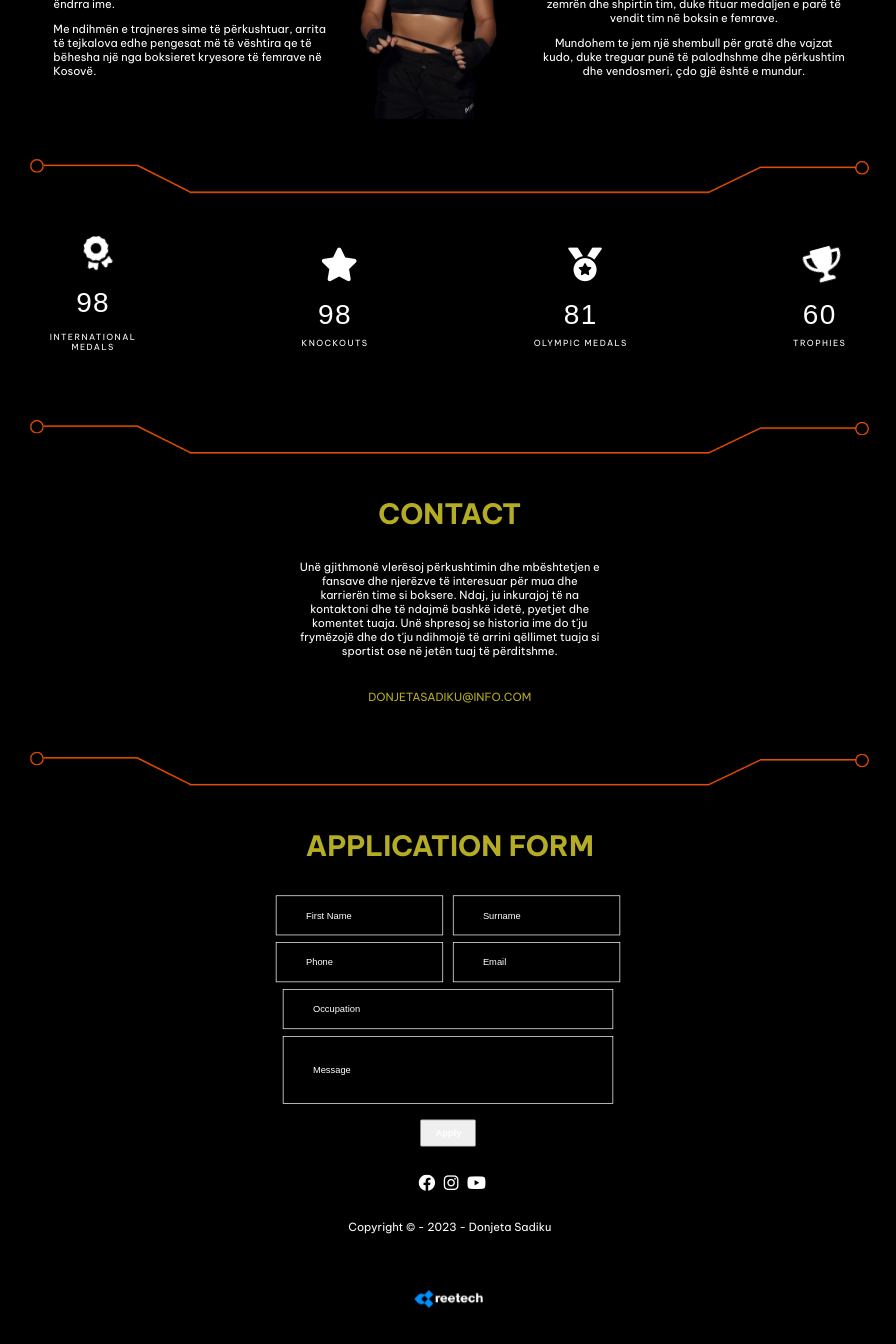
Repository: milot-morina/ds-boxing
Page: DS-Portfolio/index.html
An editor plug-in stored every save of this project. The page is shown before and after the next save, followed by the edit.
The browser window is 1280 px wide. The pictures show the part of the page from y = 2423 to 4343 px (the page is 4343 px tall before and 4311 px after), at 70% of full size.
A picture or video elsewhere on the page could not be fetched, so the positions and the page height are approximate.

Above is the page before, as saved 2023-03-22 08:59:24.

### DS-Portfolio/index.html
<!DOCTYPE html>
<html lang="en">
<head>
  <meta charset="UTF-8">
  <meta http-equiv="X-UA-Compatible" content="IE=edge">
  <meta name="viewport" content="width=device-width, initial-scale=1.0">
  <title>Donjeta Sadiku</title>
  <link rel="stylesheet" href="style.css">
  <link rel="stylesheet" href="https://cdnjs.cloudflare.com/ajax/libs/font-awesome/6.0.0-beta2/css/all.min.css" integrity="sha512-YWzhKL2whUzgiheMoBFwW8CKV4qpHQAEuvilg9FAn5VJUDwKZZxkJNuGM4XkWuk94WCrrwslk8yWNGmY1EduTA==" crossorigin="anonymous" referrerpolicy="no-referrer" />
  <link rel="icon" href="unitetiLogoFinal.png" type="image/icon type" style="width: 100%;">
  <link href="https://fonts.googleapis.com/css2?family=Be+Vietnam+Pro:wght@400;500;700&display=swap" rel="stylesheet">
</head>
<body>

  <section class="section1" id="home">
    <video muted autoplay loop style="pointer-events: none;">
      <source src="DS-Glitch.mp4" type="video/mp4">
    </video>
    <header class="hidden3">
      <div class="container">
        <nav class="navbar">
          <div class="brand-title">
            <img src="unitetiLogoFinal.png" alt="" width="130px">
          </div>
          <a href="#" class="toggle-button">
            <span class="bar"></span>
            <span class="bar"></span>
            <span class="bar"></span>
          </a>
          <div class="navbar-links">
            <ul>
              <li><a href="#home" class="home-btn">HOME</a></li>
              <li><a href="#club" class="header-club">CLUB</a></li>
              <li><a href="#contact" class="header-link a">CONTACT</a></li>
              <li><a href="#form" class="header-link a">FORM</a></li>
            </ul>
            <div class="socials">
            <i class="fa-brands fa-facebook"><a href="https://www.youtube.com/watch?v=dQw4w9WgXcQ"></a></i>
            <i class="fa-brands fa-instagram"></i>
            <i class="fa-brands fa-youtube"></i>
            <i class="fa-brands fa-app-store-ios"></i>
          </div>
          </div>

        </nav>
      </div>
    </header>
  </section>


  <img src="separator2.png" alt="" width="100%" style="margin-top: 40px;" class="first-seperator">


  <section class="section2 container row" id="club">

    <div class="images hidden2">
      <img src="handsUp.jpg" alt="">
    </div>
    <div class="text hidden">
      <p class="section-h hidden3">HISTORIA SHKRUHET!</p>
      <p class="section2-p hidden3">Nuk ka fjalë për t'u shprehur se sa krenare isha për të përfaqësuar vendin tim në skenën dhe për të marrë medalje ne kete nivel. Ishte një ndjenjë e mrekullueshme të përfaqësosh vendin tënd dhe të ndjehesh si një ambasador i saj në arenën nderkombetare.</p>
      <p class="section2-p hidden3">Në çdo moment të kësaj përvojeje, isha e mbuluar nga emocionet për rëndësinë që kjo ngjarje kishte për popullin tim dhe për boksierët shqiptarë. Nuk ishte thjesht një fitore personale, por ishte një fitore që përfaqësoi përparimin e boksi shqiptar dhe mundësinë e një të ardhme të ndritshme për sportin në vendin tonë.</p>
      <p class="section2-p hidden3">Kur mora medaljen olimpike, ndjeva një ndjenjë të thellë krenarie dhe një ndjesi të vërtetë prej triumfi. Ishte si të isha i gjithë vendlindja ime, duke festuar këtë arritje të madhe me mua. Nuk mund të mendoja për ndonjë gjë më të rëndësishme në atë moment, dhe do të mbaj gjithmonë këtë kujtim në zemrën time.</p>

    </div>

  </section>

  <img src="separator2.png" alt="" width="100%" style="margin-top: 30px;">


  <section class="section3 container">
    <p class="section-h">MEDALJET FLASIN VET!</p>
   <div class="row">
    <div class="text hidden2">
      <p>Viti me i suksesshem ne karrieren time . Solla dy medalje nje evropiane e një botërore. Dëshmova që une Donjeta Sadiku nuk dorërzohem asnjëher përkundrazi nuk kam dyshuar asnjëherë në veten time, mirpo tani po ndihem e kompletuar nën udhëheqjen e trajneres time Marjola Sallauka .</p>
      <p>Tash e tutje luftoj vetëm për medalje Olimpike. Unë besoj në vetën time dhe ju premtoj që me përkrahjen tuaj unë do ti realizoj këto synime . Faleminderit për përkrahje familjes time, Federatës së Boksit. Faleminderit trajnerës Marjola Sallauka për mjeshtërinë që tregon me punën e saj.</p>
    </div>
    <div class="images hidden">
      <img src="DplusMar.jpg" alt="" style="max-width: 640px;">
    </div>
   </div>

  </section>








  <img src="separator2.png" alt="" width="100%" style="margin-top: 30px;">




  <section class="section4 container" id="nft">
    <p class="section-h hidden3">HOLD THE VISION, TRUST THE PROCESS</p>
    <div class="row">
      <div class="text hidden2" style="text-align: left">
        <p>Unë jam Donjeta Sadiku, një boksere shqiptare që i kam kushtuar jetën sportit, e rritur në Prishtinë, Kosovë,
        </p>
        <p>Që nga një moshë e re, e dija se dëshiroja të bëhesha një boksere.Pavarësisht sfidave të shumta në rrugën time, nuk u dorëzova kurrë nga ëndrra ime.
        </p>
        <p>Me ndihmën e trajneres sime të përkushtuar, arrita të tejkalova edhe pengesat më të vështira qe të bëhesha një nga boksieret kryesore të femrave në Kosovë.</p>
      </div>
      <div class="hidden3">
        <div class="column">
          <img src="profilePic.png" alt="" style="width: 300px;">
          <!-- <img src="shadow.png" alt="" style="width: 300px;"> -->
        </div>
      </div>
      <div class="text hidden">
        <p>Punë e palodhshme dhe përkushtimi im iu kthye në mënyrë të mire kur përfaqësova vendin tim në Lojërat Olimpike të vitit 2020 në Tokyo, Japoni, duke fituar medaljen e parë të vendit tim në boksin e femrave.</p>
        <p>Pavarësisht konkurrencës së fortë nga disa nga boksieret më të mira të botës, luftova me të gjithë zemrën dhe shpirtin tim, duke fituar medaljen e parë të vendit tim në boksin e femrave.
        </p>
        <p>
          Mundohem te jem një shembull për gratë dhe vajzat kudo, duke treguar punë të palodhshme dhe përkushtim dhe vendosmeri, çdo gjë është e mundur.
        </p>
      </div>
    </div>

  </section>

  <img src="separator2.png" alt="" width="100%" style="margin-top: 30px;">
  <br>
  <br>
  <br>
  <!-- ktu section i ri -->
  <section class="wow fadeIn animated" style="visibility: visible; animation-name: fadeIn;">
    <div class="container">
      <div class="row">
        <!-- counter -->
        <div class="col-md-3 col-sm-6 bottom-margin text-center counter-section wow fadeInUp sm-margin-bottom-ten animated" data-wow-duration="300ms" style="visibility: visible; animation-duration: 300ms; animation-name: fadeInUp;">
          <i class="fa-sharp fa-solid fa-award fa-shake"></i>
          <span id="anim-number-pizza" class="counter-number"></span>
          <span class="timer counter alt-font appear" data-to="98" data-speed="7000">280</span>
          <p class="counter-title">International <br>
            Medals</p>
        </div>
        <!-- end counter -->
        <!-- counter -->
        <div class="col-md-3 col-sm-6 bottom-margin text-center counter-section wow fadeInUp sm-margin-bottom-ten animated" data-wow-duration="600ms" style="visibility: visible; animation-duration: 600ms; animation-name: fadeInUp;">
          <i class="fa-sharp fa-solid fa-star"></i>
           <span class="timer counter alt-font appear" data-to="98" data-speed="7000">98</span>
          <span class="counter-title">Knockouts</span>
        </div>
        <!-- end counter -->
        <!-- counter -->
        <div class="col-md-3 col-sm-6 bottom-margin-small text-center counter-section wow fadeInUp xs-margin-bottom-ten animated" data-wow-duration="900ms" style="visibility: visible; animation-duration: 900ms; animation-name: fadeInUp;">
          <i class="fa-sharp fa-solid fa-medal"></i>
           <span class="timer counter alt-font appear" data-to="81" data-speed="7000">81</span>
          <span class="counter-title">Olympic Medals</span>
        </div>
        <!-- end counter -->
        <!-- counter -->
        <div class="col-md-3 col-sm-6 text-center counter-section wow fadeInUp animated" data-wow-duration="1200ms" style="visibility: visible; animation-duration: 1200ms; animation-name: fadeInUp;">
          <i class="fa-sharp fa-solid fa-trophy fa-shake"></i>
           <span class="timer counter alt-font appear" data-to="60" data-speed="7000">60</span>
          <span class="counter-title">Trophies</span>
        </div>
        <!-- end counter -->
      </div>
    </div>
  </section>


  <!-- perfunduon -->
  <img src="separator2.png" alt="" width="100%" style="margin-top: 30px;">

  <section class="section5 container" id="contact">
    <div class="text">
      <p class="section-h">CONTACT</p>
      <p>Unë gjithmonë vlerësoj përkushtimin dhe mbështetjen e fansave dhe njerëzve të interesuar për mua dhe karrierën time si boksere. Ndaj, ju inkurajoj të na kontaktoni dhe të ndajmë bashkë idetë, pyetjet dhe komentet tuaja. Unë shpresoj se historia ime do t'ju frymëzojë dhe do t'ju ndihmojë të arrini qëllimet tuaja si sportist ose në jetën tuaj të përditshme.</p>
      <p style="color: #B4AC25; margin-top: 45px;">DONJETASADIKU@INFO.COM</p>
    </div>
  </section>






 <img src="separator2.png" alt="" width="100%" style="margin-top: 30px;">

  <section class="section6 container" id="form">
    <div class="text">
      <p class="section-h">APPLICATION FORM</p>
    </div>
    <form action="#">
      <div class="form-row">
        <input type="text" placeholder="First Name">
        <input type="text"placeholder="Surname">
      </div>
      <div class="form-row">
        <input type="text" placeholder="Phone">
        <input type="email" placeholder="Email">
      </div>
      <div class="long-inputs-form">
        <input type="text" placeholder="Occupation"><br>
        <input type="text" placeholder="Message" style="padding-block: 40px;">
      </div>
    </form>
    <button class="home-btn">Apply</button>
    <div class="socials" style="margin-block: 40px;">
      <a href="https://www.facebook.com/your-page"><i class="fa-brands fa-facebook"></i></a>
      <a href="https://www.instagram.com/donjetasadikuofficial/"><i class="fa-brands fa-instagram"></i></a>
      <a href="https://www.youtube.com/channel/your-channel"><i class="fa-brands fa-youtube"></i></a>
      <!-- <a href="https://apps.apple.com/your-app"><i class="fa-brands fa-app-store-ios"></i></a> -->
    </div>


    <div class="text" style="margin-bottom: 40px;">
      <p>Copyright © - 2023 - Donjeta Sadiku </p>
    </div>


    <div style="background-color: rgba(0, 0, 0, 0.2); display: flex; justify-content: center; align-items: center;">
      <a class="navbar-brand" href="https://www.reetech.ch/">
        <img src="reetech.png" width="185" height="105" class="d-inline-block align-top" alt="">
      </a>
    </div>

  </section>




  <script src="script.js"></script>
</body>
</html>

### DS-Portfolio/style.css
html {
  scroll-behavior: smooth;
  transition: 2s;
  overflow-x: hidden;
}

body {
  text-align: center;
  overflow-x: hidden;
  font-family: 'Be Vietnam Pro', sans-serif;
  background-color: black !important;
}

/* header----*/


/*  */



/* #Fun Facts
================================================================================= */


.counter-section i { font-size: 3rem; /* increase the font size of the icons */
  display: block; /* make the icons display as block elements */
  margin-bottom: 1rem;}
.counter-section span.counter { font-size:40px; color: #fff; line-height:60px; display:block; font-family: "Oswald",sans-serif; letter-spacing: 2px}
.counter-title{ font-size:12px; letter-spacing:2px; text-transform: uppercase ;color: #fff;}
.counter-icon {top:25px; position:relative}
.counter-style2 .counter-title {letter-spacing: 0.55px; float: left;}
.counter-style2 span.counter {letter-spacing: 0.55px; float: left; margin-right: 10px;}
.counter-style2 i {float: right; line-height: 26px; margin: 0 10px 0 0}
.counter-subheadline span {float: right;}

.medium-icon {
    font-size: 40px !important;
    margin-bottom: 15px !important;
}

.container{
    margin-top:200px;
}



/*  */


header {
  background-color: transparent;
  width: 100%;
  position: absolute;
  top: 0;
  left: 0;

  z-index: 100;
}


.navbar {
  display: flex;
  flex-direction: column;
  justify-content: space-between;
  align-items: flex-start;
  color: black;
}



.navbar-links {
  width: 100%;
  display: none;
}

.navbar-links ul {
  margin: 0;
  padding: 0;
  display: flex;
  flex-direction: column;
  width: 100%;
  text-align: center;
}

.navbar-links li {
  list-style: none;
  font-size: 15px;

}

.navbar-links li a {
  text-decoration: none;
  color: white;

  display: block;
}


.toggle-button {
  position: absolute;
  top: .75rem;
  right: 1rem;
  display: flex;
  flex-direction: column;
  justify-content: space-between;
  width: 31px;
  height: 21px;
}

.bar {
  width: 100%;
  height: 3px;
  background-color: white;
  border-radius: 10px;
}

.navbar-links.active {
  display: flex;
  flex-direction: column;
  background-color: transparent;
}

i {
  color: white;
}

i:hover {
  color: #B4AC25;
  cursor: pointer;
}



video {
  width: 100%;
  position: relative;
  height: auto;
  pointer-events: none;
  display: none;
}



.socials {
  width: 47%;
  display: block;
  margin: 5px auto;
  text-align: center;
}

i {
  margin-left: 12px;
  font-size: 24px;
}


.header-club {
  color: white;
  padding-inline: 10px;
  margin-top: 5px;
  max-width: 80px;
  display: block;
  margin-inline: auto;
  font-weight: 700;
}


.header-club:hover {
  color: white;
  border-color: #B4AC25;

}

.home-btn {
  color: white;
  padding-inline: 10px;
  margin-top: 5px;
  max-width: 80px;
  display: block;
  margin-inline: auto;
  font-weight: 700;
}

.home-btn:hover {
  color: white;
  border-color: white;
  background-color: #B4AC25;
  cursor: pointer;
}


.header-link {
  color: white;
  padding-inline: 10px;
  margin-top: 5px;
  max-width: 80px;
  display: block;
  margin-inline: auto;
  font-weight: 700;
}

.header-link:hover {
  color: #B4AC25;
}

a {
  position: relative;
}

a::after {
  content: " ";
  position: absolute;
  background-color: #B4AC25;
  height: 3px;
  width: 0;
  left: 0;
  bottom: -10px;
  transition: 0.3s;
}

a:hover::after {
  width: 100%;
}





/*---------------header-----------*/




/*---------------------- collapsible table ------------------------*/

.main-collapsible {
  background-color: transparent;
  color: black;
  width: 100%;
  margin-inline: auto;
  margin-block: 120px 40px;
}



.container-collapsible {
  width: 100%;
  margin: 0 auto;
  display: flex;
  flex-direction: column;
  align-items: center;
}


hr {
  background-color: white;
  width: 90%;
  display: block;
  margin-inline: auto;
}



.collapsible-button {
  background-color: rgb(24, 24, 24);
  color: gray;
  cursor: pointer;
  padding: 5px;
  width: 93%;
  border-bottom: 1px solid white;
  display: flex;
  align-items: center;
  justify-content: space-between;
  text-align: left;
  outline: none;
  font-size: 15px;
  border: none;
}





.button-name-collapsible {
  color: white;
  text-align: left;
  outline: none;
  font-size: 16px;

}


.button-name-collapsible:hover {
  color: #B4AC25;
}



.collapsible-button:after {
  content: '\002B';
  color: white;
  font-weight: bold;
  float: right;
  margin-left: 5px;
  font-size: 24px;
}

.collapsible-button:hover::after{
  color: #B4AC25;
}

.active:after {
  content: "\2212";
}

.content {
  width: 93%;
  max-height: 0;
  overflow: hidden;
  transition: max-height 0.2s ease-out;
  background-color:  rgb(24, 24, 24);
  color: white;
  margin-bottom: 10px;
}

/*---------------------- collapsible table ------------------------*/



/*----------animations------------*/

.hidden {
  opacity: 0;
  filter: blur(2px);
  transform: translateX(60%);
  transition: all 700ms;
}


.hidden2 {
  opacity: 0;
  filter: blur(2px);
  transform: translateX(-60%);
  transition: all 700ms;
}

.hidden3 {
  opacity: 0;
  filter: blur(2px);
  transform: translateY(-5%);
  transition: all .7s;
}



.show {
  opacity: 1;
  filter: blur(0);
  transform: translateX(0);
}


@media(prefers-reduced-motion) {
  .hidden {
    transition: none;
  }
}

/*--------------animations------------------*/


/*---------main---------------*/

body {
  background-color: black;

}


.container {
  width: 90%;
  margin: 0 auto;
}



.first-seperator {
  display: none;
}

@media(min-width: 687px) and (max-width: 900px) {
  .column {
    display: flex;
    flex-direction: column;
    width: 100%;
    margin-left: 28%;
  }
}

.counter-section {
  padding-bottom: 2rem; /* add some padding below the counter sections */
}

@media screen and (max-width: 768px) {
  .counter-section {
    margin-bottom: 2rem; /* add some margin below the counter sections */
    padding-bottom: 0; /* remove the padding on smaller screens */
  }
}


.row2 {
  display: flex;
  align-items: center;
  justify-content: space-between;
}

.section2 {
  margin-top: 70px;
}

.section2 img {
  width: 80%;
  max-width: 500px;
  display: block;
  margin-inline: auto;
}

.text {
  color: white;
  max-width: 440px;
  display: block;
  margin-inline: auto;
}

.text p {
  font-weight: 400;
  margin-left: 5px;
}

.text .section-h,
.section-h {
  font-size: clamp(2.15rem, 2.5rem, 3.2rem);
  color: #B4AC25;
  font-weight: 700;
}

.images img {
  max-width: 550px;
  width: 100%;
}

.section3 .images img {
  width: 100%;
}


input {
  background-color: transparent;
  color: white;
  border: 1px solid white;
  padding: 20px 30px;
  margin: 5px;
  max-width: 410px;
}

input::placeholder {
  color: white;
  padding: 12px;
}

.long-inputs-form > input{
  width: 170px;
}

.section6 button{
  margin-top: 17px;
  padding: 10px 20px;
}

.section6 .socials{
  justify-content: center;
}



@media (min-width: 555px) {
  video {
    display: block;
  }

  .long-inputs-form > input{
    width: 470px;
  }

}


@media(min-width: 865px) {


  .toggle-button {
    display: none;
  }

  .navbar {
    flex-direction: row;
    align-items: center;
    justify-content: space-between;
  }

  .navbar-links  {
    display: flex;
    width: 100%;
    align-items: center;
  }

  .navbar-links ul {
    flex-direction: row;
    justify-content: center;
  }

  .navbar-links.active {
    flex-direction: row;
  }

  .socials {
    width: 6%;
    display: flex;
    justify-content: right;
  }

  .header-club {
    margin-left: 14px;
  }

}





@media (min-width: 900px) {
  .row {
    display: flex;
    justify-content: space-between;
    align-items: center;
  }

  .div {
    display: flex;
    justify-content: space-between;
    align-items: center;
    width: 100%;
    margin: 0 auto;
  }


  .long-inputs-form > input{
    width: 470px;
  }

}







/*---------------main-------------*/

### DS-Portfolio/script.js
const toggleButton = document.getElementsByClassName('toggle-button')[0]
const navbarLinks = document.getElementsByClassName('navbar-links')[0]

toggleButton.addEventListener('click', () => {
  navbarLinks.classList.toggle('active')
})

//
  // Function to animate the number counters
function animateNumberCounters() {
  // Get all the counter elements
  const counters = document.querySelectorAll('.timer');

  // Loop through the counters
  counters.forEach(counter => {
    // Get the target number from the data-to attribute
    const target = parseInt(counter.getAttribute('data-to'));

    // Set the initial count to zero
    let count = 0;

    // Set the interval to update the count
    const timer = setInterval(() => {
      // Increment the count
      count++;

      // Update the counter element with the new count
      counter.textContent = count;

      // Stop the interval when the target number is reached
      if (count === target) {
        clearInterval(timer);
      }
    }, 10);
  });
}

// Call the animateNumberCounters function when the page is loaded
window.addEventListener('load', animateNumberCounters);


//




const observer = new IntersectionObserver((entries) => {
  entries.forEach((entry) => {
    console.log(entry)
    if (entry.isIntersecting) {
      entry.target.classList.add('show')
    } else {
      entry.target.classList.remove('show')
    }
  })
})

const hiddenElements = document.querySelectorAll('.hidden')
const hiddenElements2 = document.querySelectorAll('.hidden2')
const hiddenElements3 = document.querySelectorAll('.hidden3')
hiddenElements.forEach((el) => observer.observe(el))
hiddenElements2.forEach((el) => observer.observe(el))
hiddenElements3.forEach((el) => observer.observe(el))






//collapbsibleTable
let coll = document.getElementsByClassName("collapsible-button");
let i;

for (i = 0; i < coll.length; i++) {
  coll[i].addEventListener("click", function() {
    this.classList.toggle("active");
    let content = this.nextElementSibling;
    if (content.style.maxHeight){
      content.style.maxHeight = null;
    } else {
      content.style.maxHeight = content.scrollHeight + "px";
    }
  });
}

After the next save:
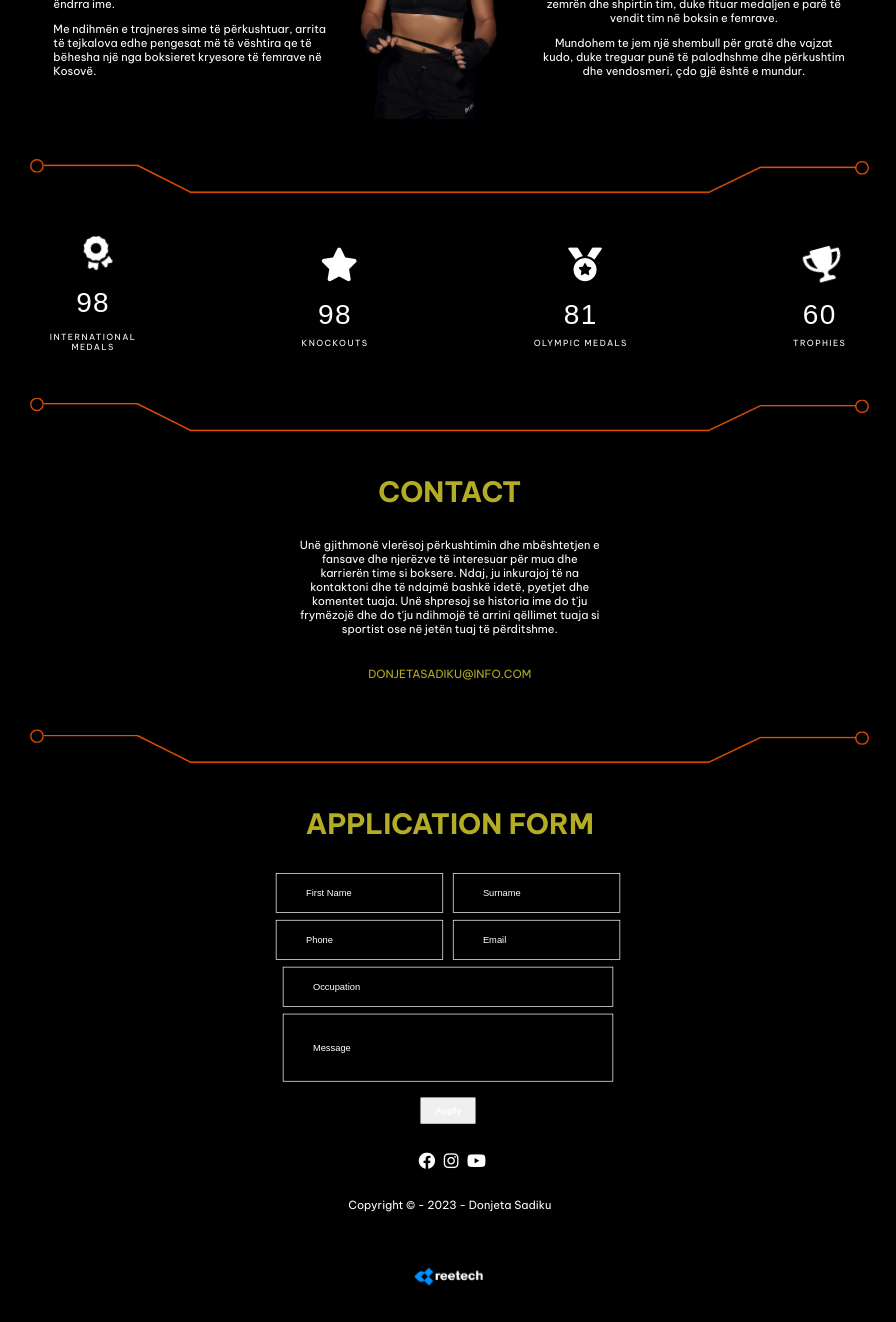
Saved 12 s later.
--- a/DS-Portfolio/style.css
+++ b/DS-Portfolio/style.css
@@ -184,7 +184,7 @@
 .home-btn:hover {
   color: white;
   border-color: white;
-  background-color: #B4AC25;
+  background-color: transparent;
   cursor: pointer;
 }
 
@@ -397,9 +397,7 @@
   }
 }
 
-.counter-section {
-  padding-bottom: 2rem; /* add some padding below the counter sections */
-}
+
 
 @media screen and (max-width: 768px) {
   .counter-section {
